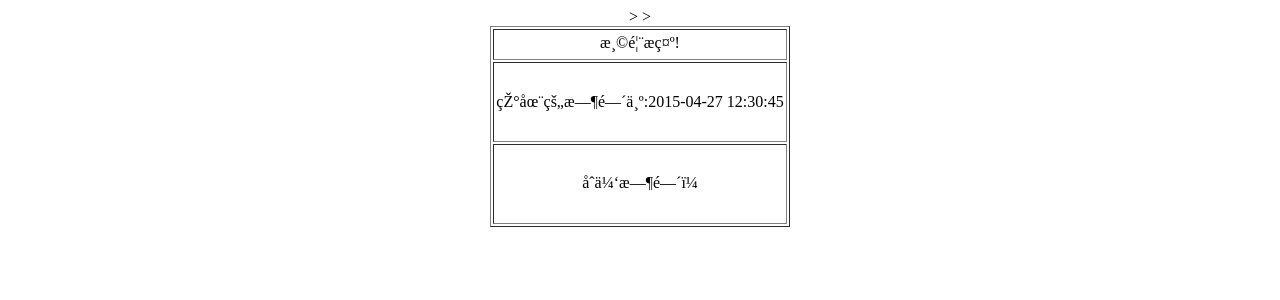
Repository: wikelgc/JSP
Page: http://localhost/FirstJsp/
An editor plug-in stored every save of this project. The page is shown before and after the next save, followed by the edit.
The browser window is 1280 px wide. The pictures show the whole page.
The page is served by Tomcat 9.

Above is the page before, as saved 2015-04-27 13:42:53.

After the next save:
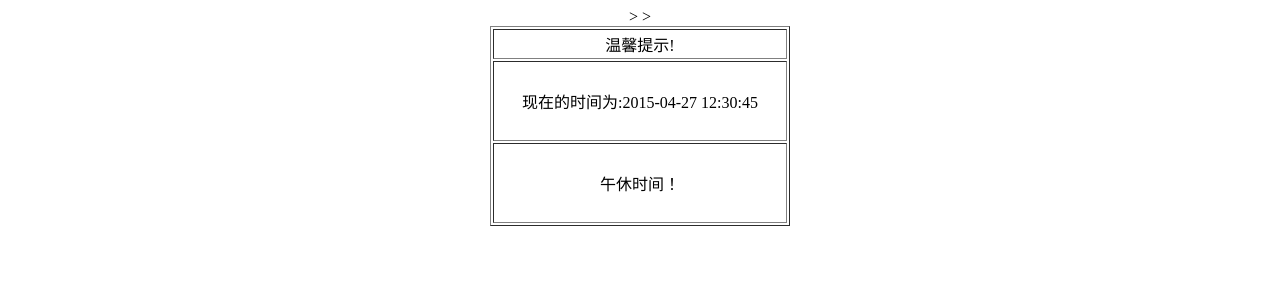
Saved 34 s later.
--- a/FirstJsp/WebRoot/index.jsp
+++ b/FirstJsp/WebRoot/index.jsp
@@ -1,6 +1,6 @@
 <%@page import="java.util.Date"%>
 <%@page import="java.text.SimpleDateFormat"%>
-<%@ page contentType="text/html; charset=ISO-8859-1" %>
+<%@ page contentType="text/html; charset=UTF-8" %>
 <%@ page import = "java.util.Date.*"  %>
 <%@ page import = "java.text.*"  %>
 
